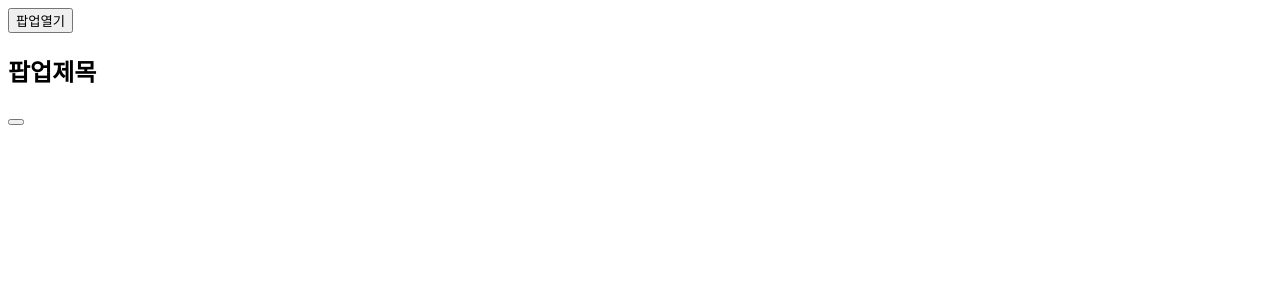
Repository: minagil/accessibility
Page: dialog.html
The author's editor kept a copy of each file at every save. The page is drawn from the files as they stood at one save, then again after the next save.
The browser window is 1280 px wide. The pictures show the whole page.

Above is the page before, as saved 2023-08-13 08:04:36.

### dialog.html
<!DOCTYPE html>
<html lang="ko">
<head>
  <meta charset="UTF-8">
  <meta name="viewport" content="width=device-width, initial-scale=1.0">
  <title>Dialog</title>
</head>
<body>
  <button class="btn-open">팝업열기</button>
  <div class="dialog">
    <div class="dialog-wrap">
      <h2 class="dialog-title">팝업제목</h2>
      <button class="btn-close"
    </div>
  </div>
</body>
</html>

After the next save:
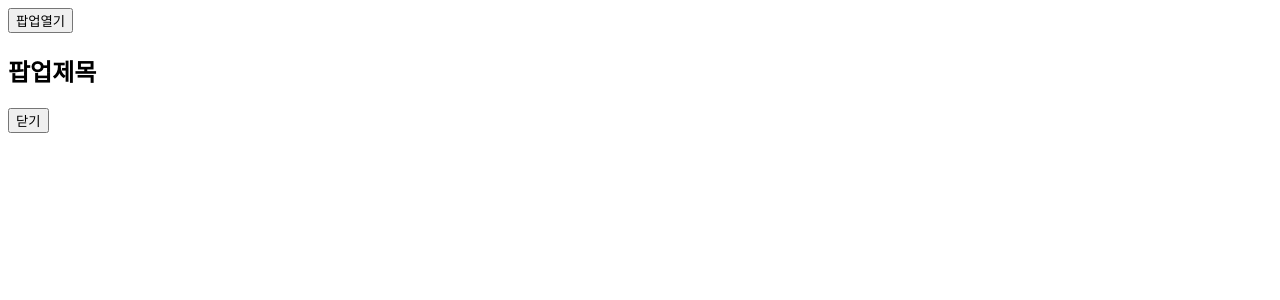
Saved 9 s later.
--- a/dialog.html
+++ b/dialog.html
@@ -10,7 +10,10 @@
   <div class="dialog">
     <div class="dialog-wrap">
       <h2 class="dialog-title">팝업제목</h2>
-      <button class="btn-close"
+      <button class="btn-close">
+        닫기
+      </button>
+      <div class="di"
     </div>
   </div>
 </body>
